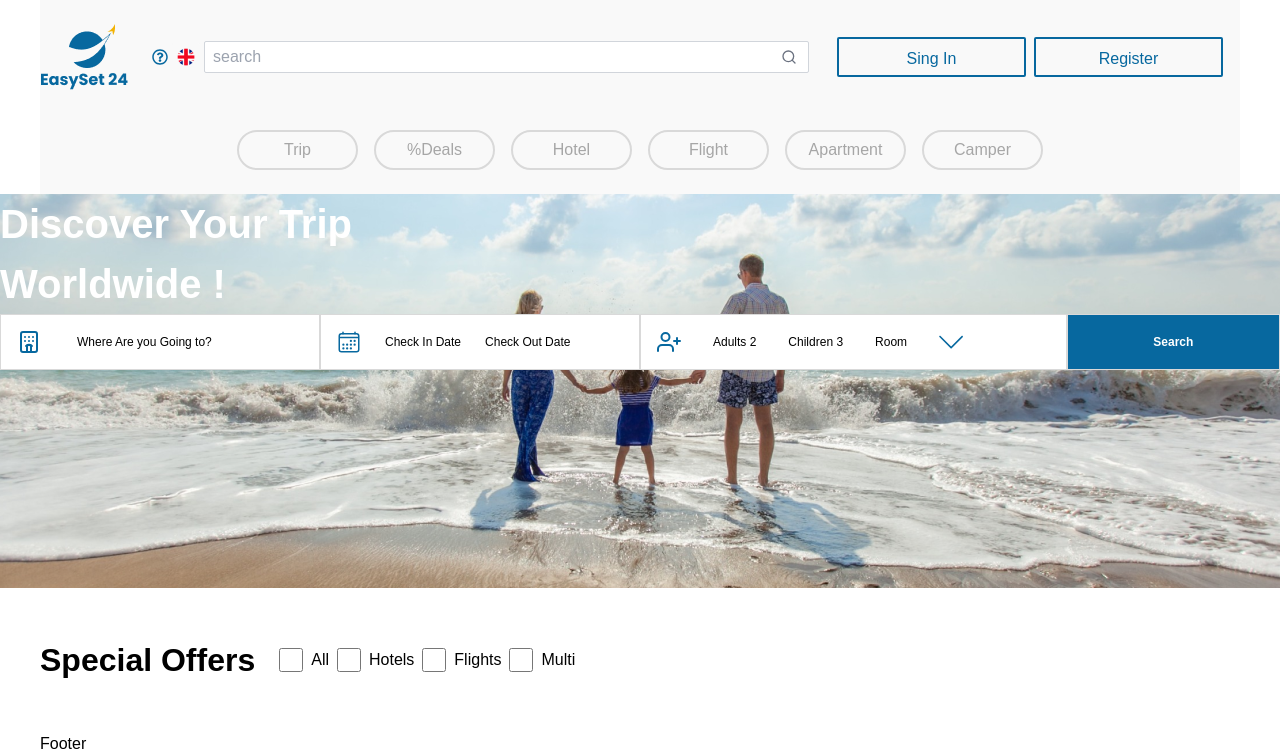
Repository: Quynhhuong150322/DIKO_STUDY_TRAVEL_WEB
Page: /
These files come from the project's save history. The page is drawn as it stood at one moment and after the next save; the edit follows.
The browser window is 1280 px wide. The pictures show the whole page.
The project was rebuilt for these pictures with package versions that can differ from the ones it lists, and the page was loaded fresh each time. Also part of the build but not shown: src/components/Login.js, src/components/Register.js. Imported but missing from the stored project, and not drawn on this page: src/redux/slices/authSlice.

Above is the page before, as saved 2024-02-23 10:15:28.

After the next save:
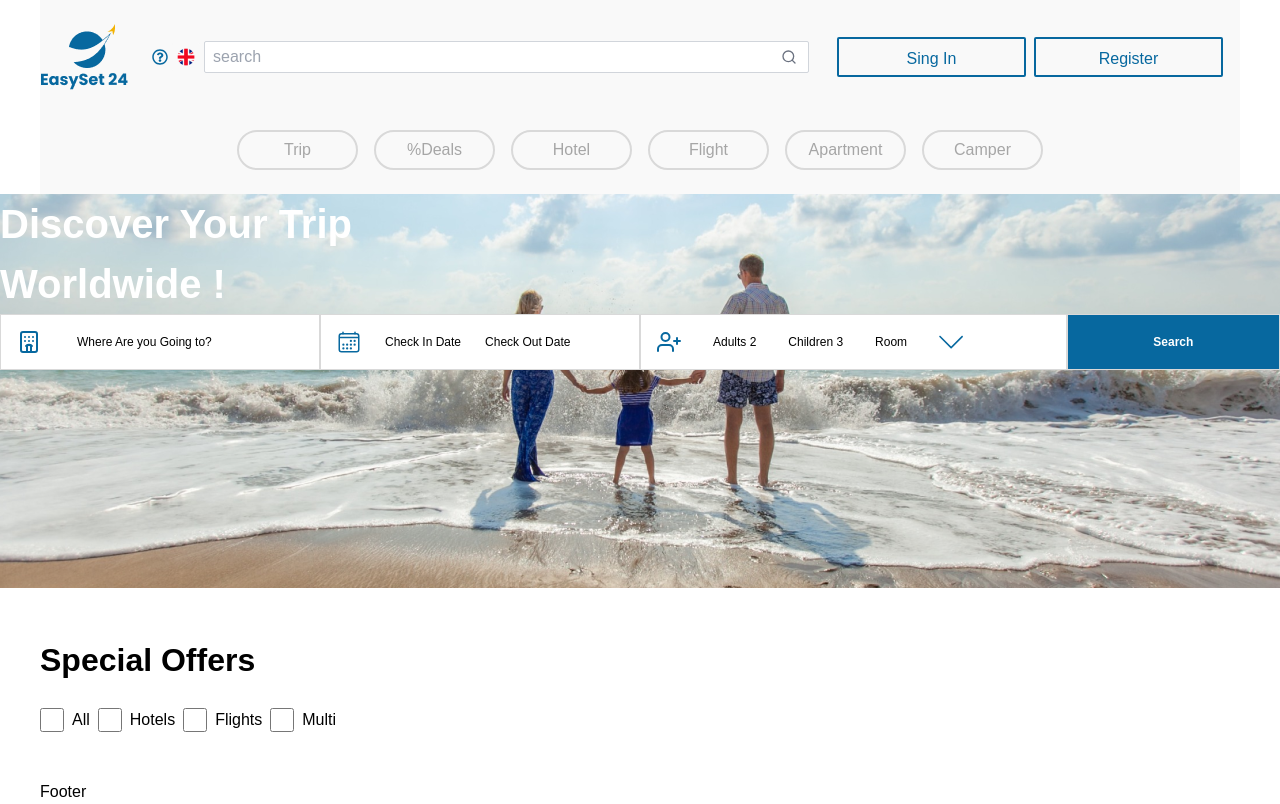
Saved 16 s later.
--- a/src/pages/LangdingPage/Langding.js
+++ b/src/pages/LangdingPage/Langding.js
@@ -79,7 +79,7 @@ const Langding = () => {
       </div>
       {/* Special Offers */}
       <div className='max-container py-12'>
-        <div className='flex gap-6'>
+        <div className='flex flex-col gap-6'>
           <h2 className='text-2xl font-bold'>Special Offers</h2>
           <div className='flex '>
             <div className='flex justify-center items-center gap-2'>
